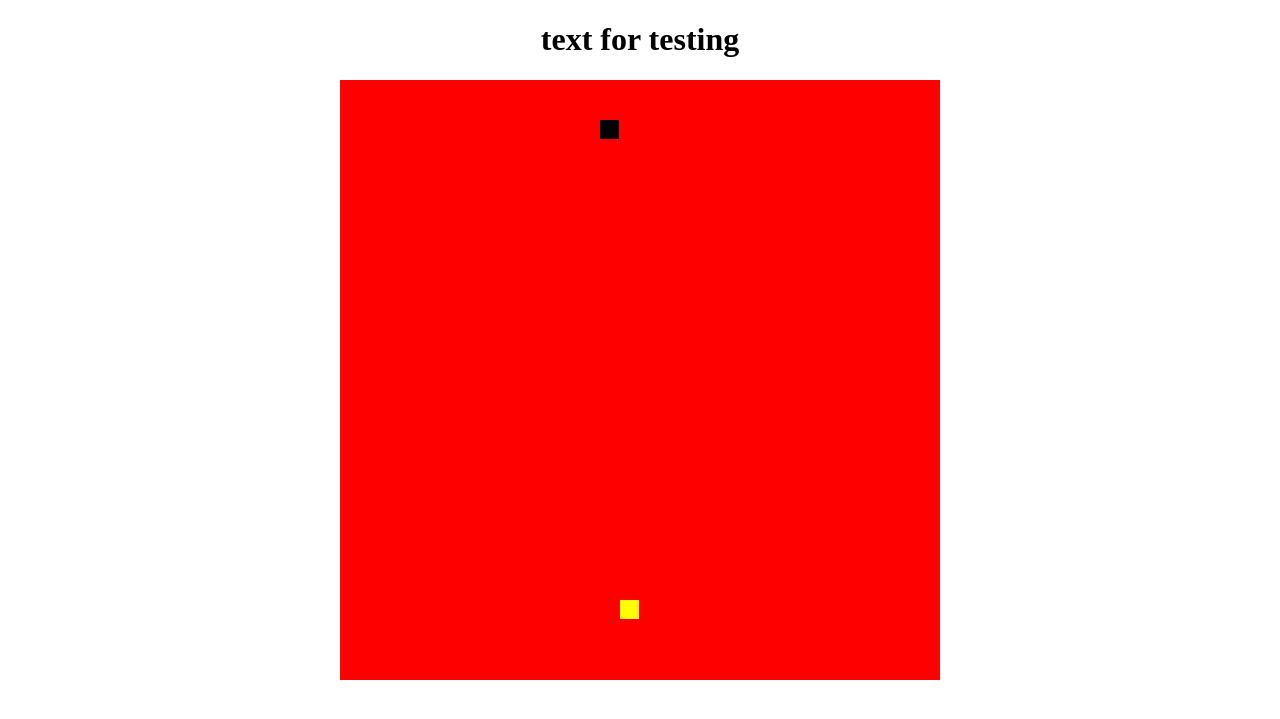
Repository: jessehapuli/jessehapuli.github.io
Page: snake/snake.html
These files come from the project's save history. The page is drawn as it stood at one moment and after the next save; the edit follows.
The browser window is 1280 px wide. The pictures show the whole page.

Above is the page before, as saved 2024-05-13 14:00:26.

After the next save:
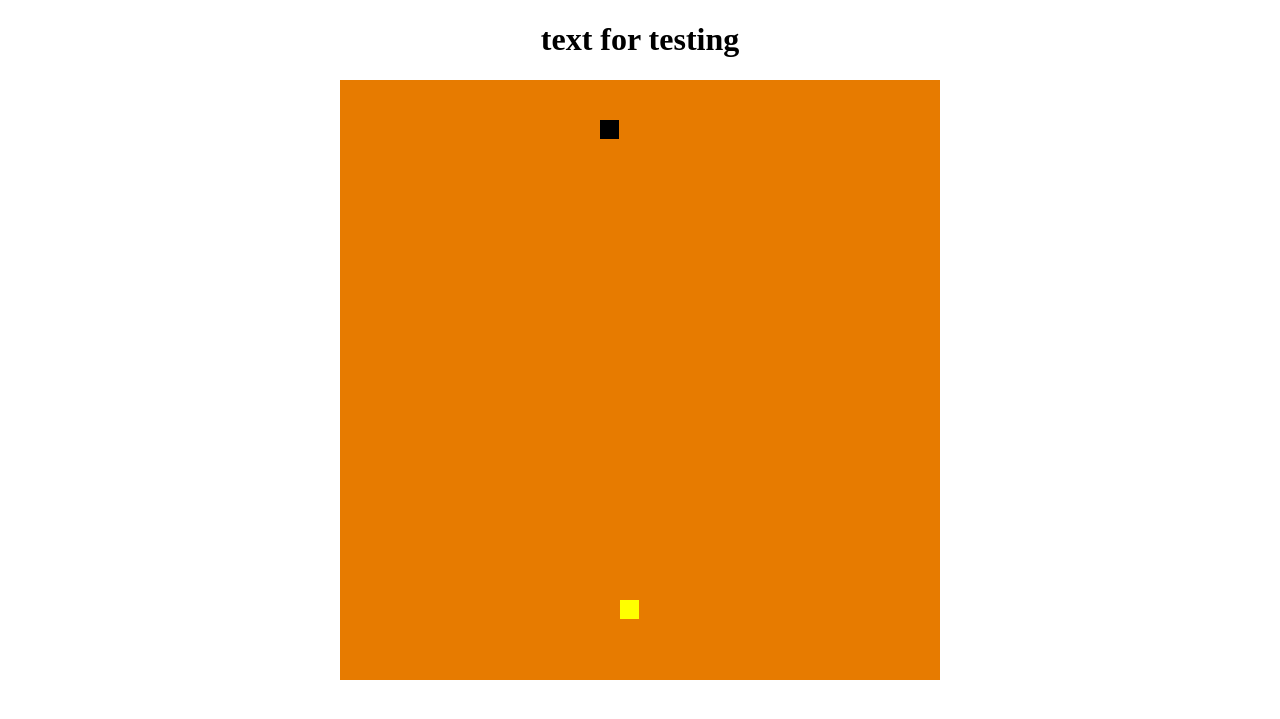
Saved 18 h 7 min later.
--- a/snake/testsnake.js
+++ b/snake/testsnake.js
@@ -44,7 +44,7 @@ function update() {
     if (gameover) {
         return;
     }
-    Context.fillStyle="red";
+    Context.fillStyle="rgb(231, 123, 0)";
     Context.fillRect(0, 0, board.width, board.height);
 
     Context.fillStyle="yellow";
